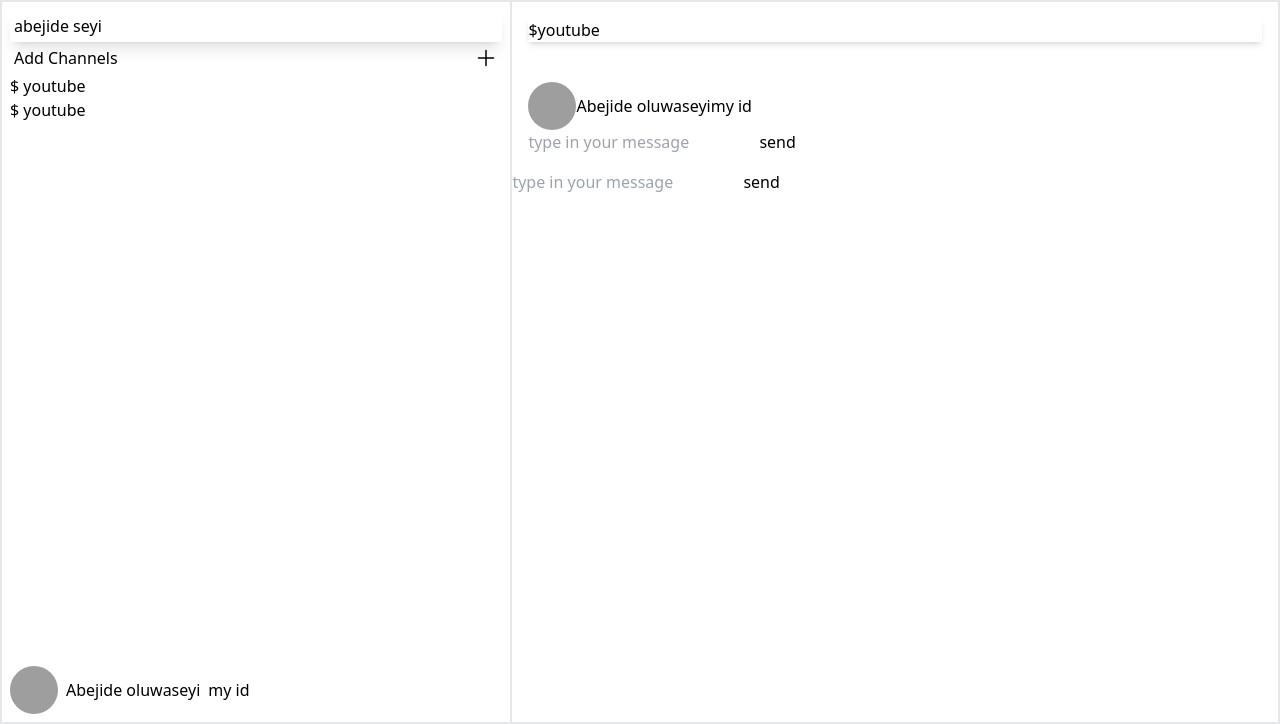
Repository: Semanmernstack/chat-mini
Page: /
These files come from the project's save history. The page is drawn as it stood at one moment and after the next save; the edit follows.
The browser window is 1280 px wide. The pictures show the whole page.
Pictures or frames that could not be fetched are drawn as grey boxes. The project was rebuilt for these pictures with package versions that can differ from the ones it lists, and the page was loaded fresh each time. Also part of the build but not shown: src/features/counter/Counter.module.css, src/features/counter/Counter.js.

Above is the page before, as saved 2022-11-14 07:03:42.

After the next save:
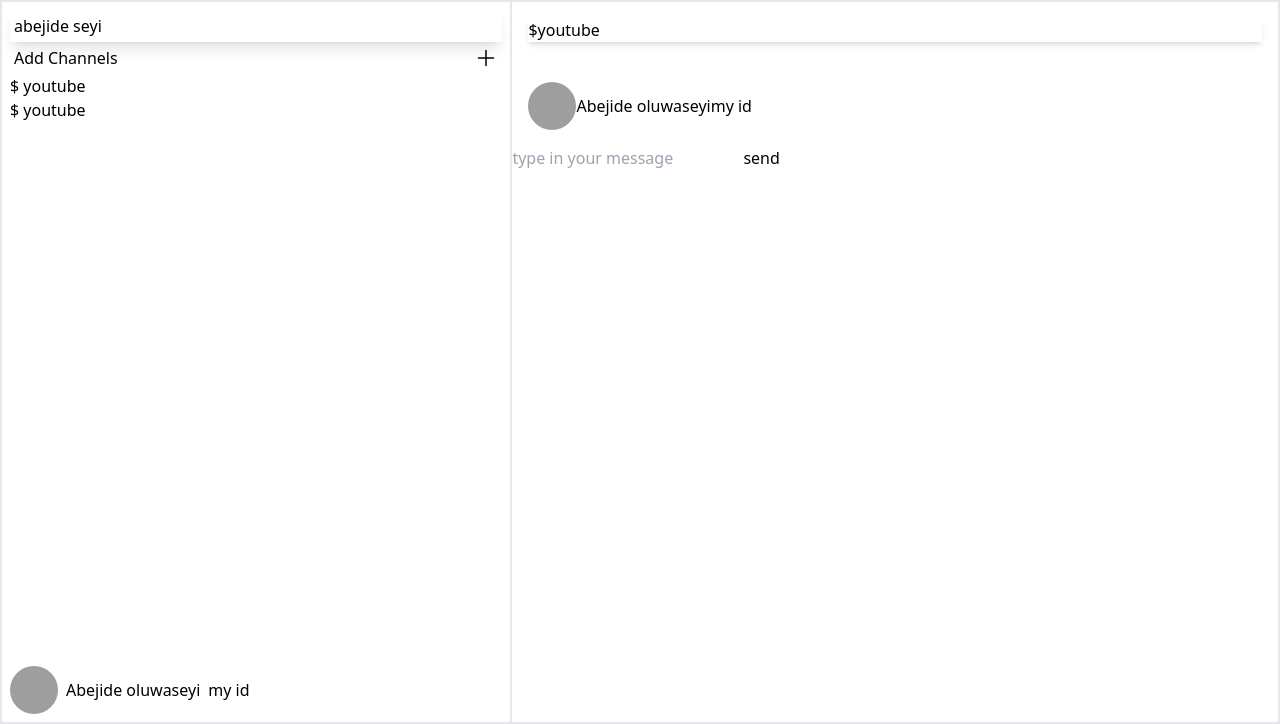
Saved 35 s later.
--- a/src/BodyHeader.js
+++ b/src/BodyHeader.js
@@ -14,10 +14,7 @@ function BodyHeader() {
             <span>my id</span>
         </div>
         </div>
-        <form>
-            <input type="text" placeholder='type in your message' />
-            <button>send</button>
-        </form>
+
     </div>
   )
 }
